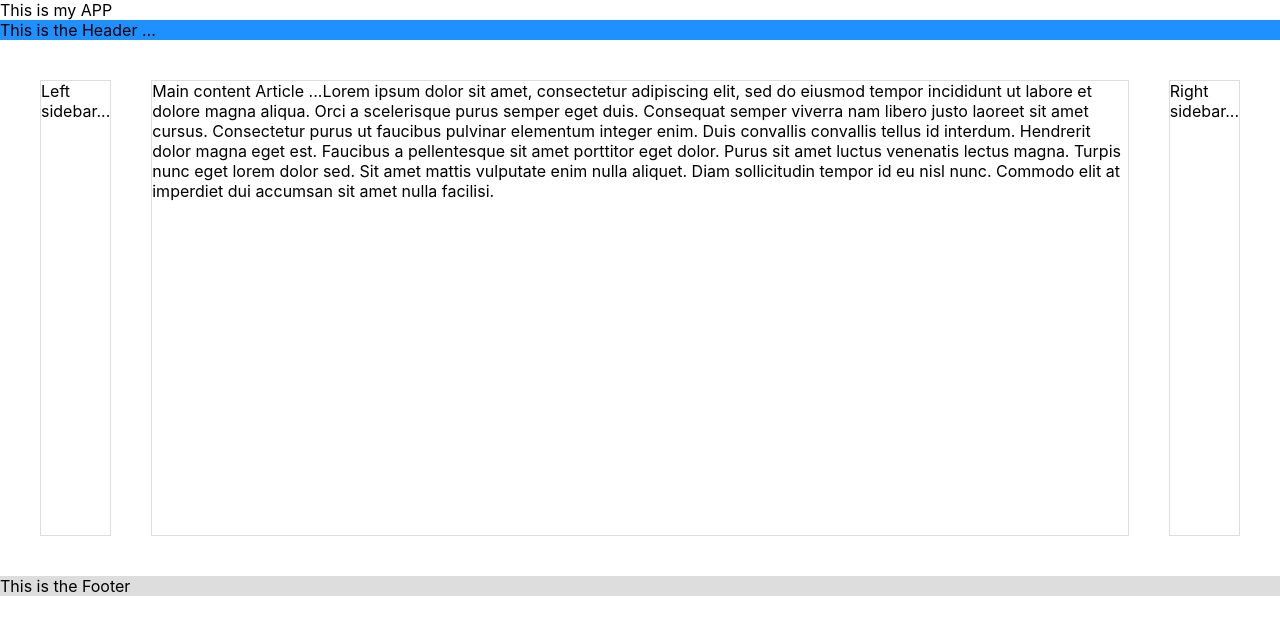
Repository: vnevescode/ui-components-react
Page: /
These files come from the project's save history. The page is drawn as it stood at one moment and after the next save; the edit follows.
The browser window is 1280 px wide. The pictures show the whole page.
The project was rebuilt for these pictures with package versions that can differ from the ones it lists, and the page was loaded fresh each time. Also part of the build but not shown: src/components/Cards/Cards.styles.css, src/components/Cards/Cards.jsx.

Above is the page before, as saved 2022-06-09 22:58:34.

After the next save:
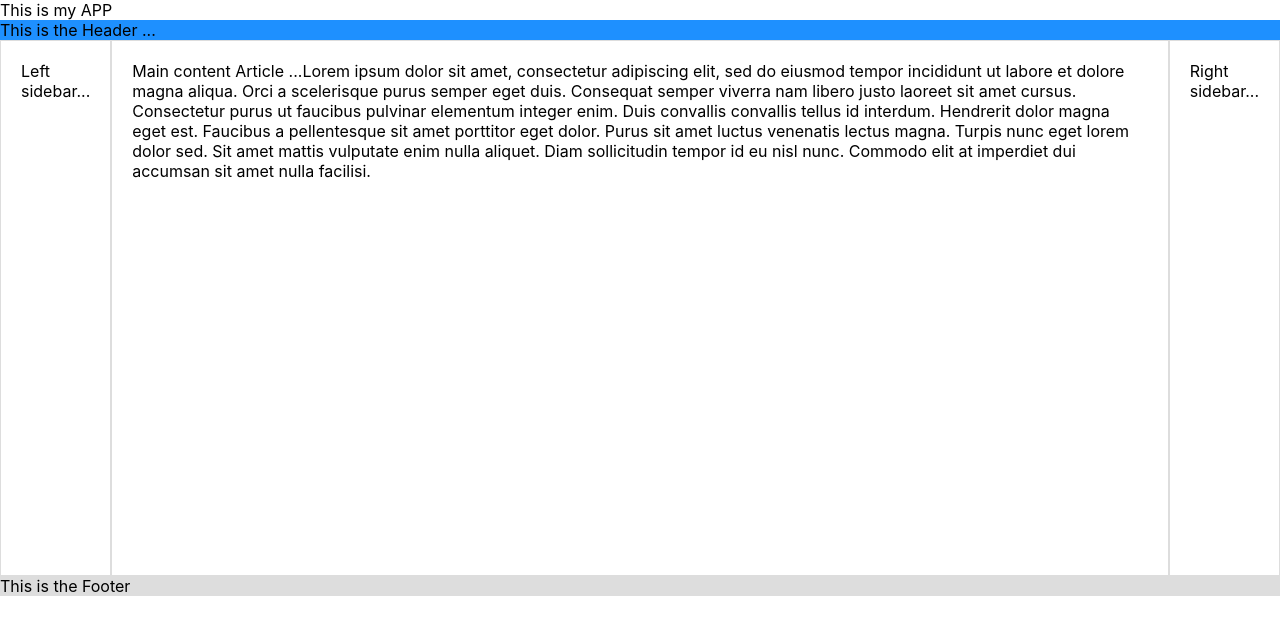
Saved 17 s later.
--- a/src/components/HolyGrailLayout/HolyGrailLayout.styles.css
+++ b/src/components/HolyGrailLayout/HolyGrailLayout.styles.css
@@ -9,7 +9,6 @@
     .container__main{
         /* Take the remaining height */
         flex-grow: 1;
-        padding: 20px;
         /*  Layout the left sidebar, main content and right sidebar */
         display: flex;
         flex-direction: row;
@@ -17,19 +16,19 @@
 
     .container__left{
         width: 25%;
-        margin: 20px;
+        padding: 20px;
         border: 1px solid #ddd;
     }
     .container__middle{
         /* Take the remaining width */
         flex-grow: 1;
-        margin: 20px;
+        padding: 20px;
         border: 1px solid #ddd;
     }
 
     .container__right{
         width: 20%;
-        margin: 20px;
+        padding: 20px;
         border: 1px solid #ddd;
     }
 
